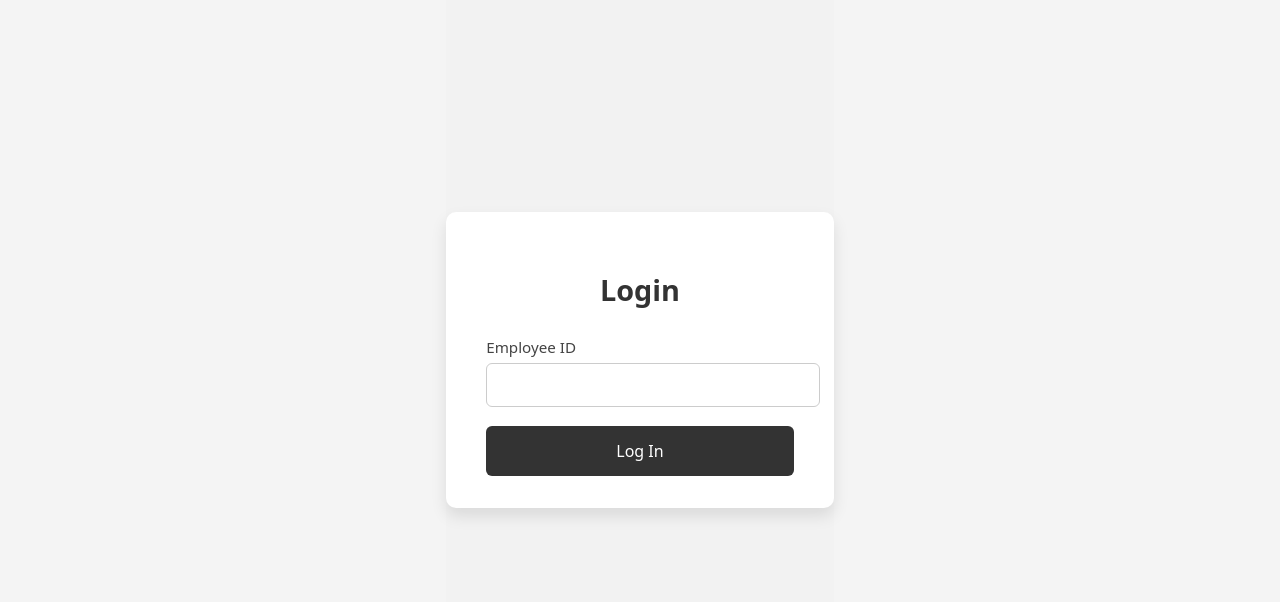
Repository: iEstebanx/quscina
Page: /
These files come from the project's save history. The page is drawn as it stood at one moment and after the next save; the edit follows.
The browser window is 1280 px wide. The pictures show the whole page.
The project was rebuilt for these pictures with package versions that can differ from the ones it lists, and the page was loaded fresh each time. Also part of the build but not shown: vite.config.js, src/components/Header/Header.module.css, src/components/Header/Header.jsx, src/components/Cart/Cart.module.css, src/components/Cart/Cart.jsx, src/layouts/MainLayout.module.css, src/layouts/MainLayout.jsx, src/components/Guards/RequireShift.jsx and 11 more.

Above is the page before, as saved 2025-07-19 23:20:33.

### src/index.css
:root {
  font-family: system-ui, Avenir, Helvetica, Arial, sans-serif;
  line-height: 1.5;
  font-weight: 400;

  color-scheme: light dark;
  color: rgba(255, 255, 255, 0.87);
  background-color: #242424;

  font-synthesis: none;
  text-rendering: optimizeLegibility;
  -webkit-font-smoothing: antialiased;
  -moz-osx-font-smoothing: grayscale;
}

a {
  color: inherit;
  text-decoration: none;
}
a:hover {
  color: #535bf2;
}

body {
  margin: 0;
  padding: 0;
  box-sizing: border-box;
  min-width: 320px;
  min-height: 100vh;
}

ul {
  list-style: none;
  margin: 0;
  padding: 0;
}

/* Button styling override */
button {
  border-radius: 8px;
  border: 1px solid transparent;
  padding: 0.6em 1.2em;
  font-size: 1em;
  font-weight: 500;
  font-family: inherit;
  background-color: #1a1a1a;
  cursor: pointer;
  transition: border-color 0.25s;
}
button:hover {
  border-color: #646cff;
}
button:focus,
button:focus-visible {
  outline: 4px auto -webkit-focus-ring-color;
}

/* .menu-layout {
  display: flex;
  height: 100vh;
  overflow: hidden;
}

.menu-layout > * {
  height: 100%;
}

.sidebar-categories {
  width: 180px;
  background-color: #4b2a1a;
  color: white;
  flex-shrink: 0;
}

.cart {
  width: 280px;
  background-color: #6b3b1f;
  color: white;
  flex-shrink: 0;
}

.food-grid {
  flex-grow: 1;
  background: white;
  padding: 1rem;
  display: grid;
  grid-template-columns: repeat(auto-fill, minmax(150px, 1fr));
  gap: 1rem;
  overflow-y: auto;
} */


@media (prefers-color-scheme: light) {
  :root {
    color: #213547;
    background-color: #ffffff;
  }

  a:hover {
    color: #747bff;
  }

  button {
    background-color: #f9f9f9;
  }
}

### src/App.jsx
import { BrowserRouter } from 'react-router-dom';
import AppRoutes from './routes/AppRoutes';
import { AuthProvider } from './context/AuthContext';
import { ShiftProvider } from './context/ShiftContext';
import { CartProvider } from './context/CartContext';

function App() {
  return (
    <BrowserRouter>
      <AuthProvider>
        <ShiftProvider>
          <CartProvider>
            <AppRoutes />
          </CartProvider>
        </ShiftProvider>
      </AuthProvider>
    </BrowserRouter>
  );
}

export default App;

### src/routes/AppRoutes.jsx
import { Routes, Route } from 'react-router-dom';
import MainLayout from '../layouts/MainLayout';
import EmptyLayout from '../layouts/EmptyLayout';

import LoginPage from '../pages/Login/LoginPage';
import RequireShift from '../components/guards/RequireShift';
import MenuPage from '../pages/Menu/MenuPage';
import ReceiptsPage from '../pages/Receipts/ReceiptsPage';
import ShiftPage from '../pages/Shift/ShiftPage';
import ShiftHistoryPage from '../pages/Shift/ShiftHistoryPage'; // ✅ Add this line
import RefundPage from '../pages/Refund/RefundPage';
import NotFound from '../pages/NotFound';

const AppRoutes = () => {
  return (
    <Routes>
      {/* Public */}
      <Route element={<EmptyLayout />}>
        <Route path="/" element={<LoginPage />} />
      </Route>

      <Route element={<MainLayout />}>
        <Route path="/shift" element={<ShiftPage />} />
        <Route path="/shift/history" element={<ShiftHistoryPage />} />

        {/* Only allow access to MenuPage if shift is open */}
        <Route
          path="/menu"
          element={
            <RequireShift>
              <MenuPage />
            </RequireShift>
          }
        />

        <Route path="/receipts" element={<ReceiptsPage />} />
        <Route path="/refund" element={<RefundPage />} />
      </Route>

      {/* Fallback */}
      <Route path="*" element={<NotFound />} />
    </Routes>
  );
};

export default AppRoutes;

### src/context/AuthContext.jsx
import { createContext, useContext, useState } from 'react';

const AuthContext = createContext();

export function AuthProvider({ children }) {
  const [user, setUser] = useState(null);

  const login = (userData) => setUser(userData);
  const logout = () => setUser(null);

  return (
    <AuthContext.Provider value={{ user, login, logout, isLoggedIn: !!user }}>
      {children}
    </AuthContext.Provider>
  );
}

export function useAuth() {
  return useContext(AuthContext);
}

### src/context/ShiftContext.jsx
import { createContext, useContext, useState } from 'react';

export const ShiftContext = createContext();

export function ShiftProvider({ children }) {
  const [shift, setShift] = useState({
    isOpen: false,
    startAmount: 0,
  });

  const openShift = (amount) => setShift({ isOpen: true, startAmount: amount });
  const closeShift = () => setShift({ isOpen: false, startAmount: 0 });

  return (
    <ShiftContext.Provider value={{ shift, openShift, closeShift }}>
      {children}
    </ShiftContext.Provider>
  );
}

export function useShift() {
  return useContext(ShiftContext);
}

### src/context/CartContext.jsx
import { createContext, useContext, useState } from 'react';

const CartContext = createContext();

export function CartProvider({ children }) {
  const [items, setItems] = useState([]);

  const addItem = (item) => {
    setItems((prev) => {
      const exists = prev.find((i) => i.id === item.id);
      if (exists) {
        return prev.map((i) =>
          i.id === item.id ? { ...i, quantity: i.quantity + 1 } : i
        );
      }
      return [...prev, { ...item, quantity: 1 }];
    });
  };

  const removeItem = (id) => {
    setItems((prev) => prev.filter((i) => i.id !== id));
  };

  const clearCart = () => setItems([]);

  const total = items.reduce((acc, item) => acc + item.price * item.quantity, 0);

  return (
    <CartContext.Provider value={{ items, addItem, removeItem, clearCart, total }}>
      {children}
    </CartContext.Provider>
  );
}

export function useCart() {
  return useContext(CartContext);
}

### src/layouts/EmptyLayout.jsx
import { Outlet } from 'react-router-dom';
import styles from './EmptyLayout.module.css';

const EmptyLayout = () => {
  return (
    <div className={styles.emptyLayout}>
      <Outlet />
    </div>
  );
};

export default EmptyLayout;

### src/pages/Login/LoginPage.jsx
// import { useState } from 'react';
// import { useNavigate } from 'react-router-dom';
// import styles from './Login.module.css';

// const LoginPage = () => {
//   const [employeeID, setEmployeeID] = useState('');
//   const [password, setPassword] = useState('');
//   const navigate = useNavigate();

//   const handleLogin = (e) => {
//     e.preventDefault();
//     console.log('Logging in with:', { employeeID, password });

//     // You can add actual login logic here later
//     navigate('/menu');
//   };

//   return (
//     <div className={styles.loginWrapper}>
//       <form className={styles.loginForm} onSubmit={handleLogin}>
//         <h2 className={styles.title}>Login</h2>

//         <label className={styles.label}>Employee ID</label>
//         <input
//           type="text"
//           className={styles.input}
//           value={employeeID}
//           onChange={(e) => setEmployeeID(e.target.value)}
//           required
//         />

//         <button type="submit" className={styles.button}>
//           Log In
//         </button>
//       </form>
//     </div>
//   );
// };

// export default LoginPage;

import { useState } from 'react';
import { useNavigate } from 'react-router-dom';
import styles from './Login.module.css';

const LoginPage = () => {
  const [employeeID, setEmployeeID] = useState('');
  const [password, setPassword] = useState('');
  const navigate = useNavigate();

  const handleLogin = (e) => {
    e.preventDefault();
    console.log('Logging in with:', { employeeID, password });

    // You can add actual login logic here later
    navigate('/menu');
  };

  return (
    <div className={styles.loginWrapper}>
      <form className={styles.loginForm} onSubmit={handleLogin}>
        <h2 className={styles.title}>Login</h2>

        <label className={styles.label}>Employee ID</label>
        <input
          type="text"
          className={styles.input}
          value={employeeID}
          onChange={(e) => setEmployeeID(e.target.value)}
          required
        />

        <button type="submit" className={styles.button}>
          Log In
        </button>
      </form>
    </div>
  );
};

export default LoginPage;

### src/layouts/EmptyLayout.module.css
.emptyLayout {
  display: flex;
  justify-content: center;
  align-items: center;
  height: 100vh;
  background-color: #f4f4f4; /* Or dark, depending on your theme */
}

### src/pages/Login/Login.module.css
.loginWrapper {
  display: flex;
  justify-content: center;
  align-items: center;
  height: 100vh;
  background: #f2f2f2;
}

.loginForm {
  background: white;
  padding: 2rem 2.5rem;
  border-radius: 10px;
  box-shadow: 0 8px 16px rgba(0, 0, 0, 0.1);
  width: 100%;
  max-width: 380px;
}

.title {
  font-size: 1.8rem;
  font-weight: bold;
  margin-bottom: 1.5rem;
  text-align: center;
  color: #333;
}

.label {
  display: block;
  font-size: 0.95rem;
  margin-bottom: 0.3rem;
  color: #444;
}

.input {
  width: 100%;
  padding: 0.75rem;
  margin-bottom: 1.2rem;
  border: 1px solid #ccc;
  border-radius: 6px;
  font-size: 1rem;
  transition: border 0.2s ease;
}

.input:focus {
  border-color: #666;
  outline: none;
}

.button {
  width: 100%;
  padding: 0.85rem;
  background: #333;
  color: white;
  font-size: 1rem;
  border: none;
  border-radius: 6px;
  cursor: pointer;
  transition: background 0.3s ease;
}

.button:hover {
  background: #555;
}

Loaded but not shown: index.html (common file); src/main.jsx (common file)

After the next save:
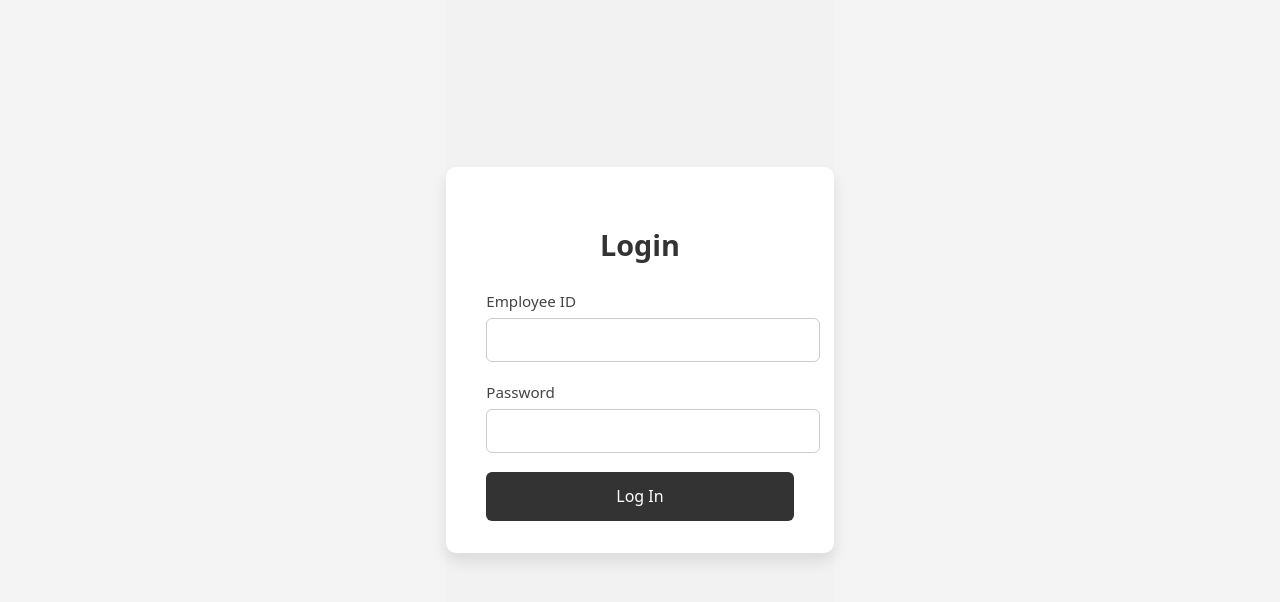
Saved 7 s later.
--- a/src/pages/Login/LoginPage.jsx
+++ b/src/pages/Login/LoginPage.jsx
@@ -1,44 +1,3 @@
-// import { useState } from 'react';
-// import { useNavigate } from 'react-router-dom';
-// import styles from './Login.module.css';
-
-// const LoginPage = () => {
-//   const [employeeID, setEmployeeID] = useState('');
-//   const [password, setPassword] = useState('');
-//   const navigate = useNavigate();
-
-//   const handleLogin = (e) => {
-//     e.preventDefault();
-//     console.log('Logging in with:', { employeeID, password });
-
-//     // You can add actual login logic here later
-//     navigate('/menu');
-//   };
-
-//   return (
-//     <div className={styles.loginWrapper}>
-//       <form className={styles.loginForm} onSubmit={handleLogin}>
-//         <h2 className={styles.title}>Login</h2>
-
-//         <label className={styles.label}>Employee ID</label>
-//         <input
-//           type="text"
-//           className={styles.input}
-//           value={employeeID}
-//           onChange={(e) => setEmployeeID(e.target.value)}
-//           required
-//         />
-
-//         <button type="submit" className={styles.button}>
-//           Log In
-//         </button>
-//       </form>
-//     </div>
-//   );
-// };
-
-// export default LoginPage;
-
 import { useState } from 'react';
 import { useNavigate } from 'react-router-dom';
 import styles from './Login.module.css';
@@ -70,6 +29,15 @@ const LoginPage = () => {
           required
         />
 
+        <label className={styles.label}>Password</label>
+        <input
+          type="password"
+          className={styles.input}
+          value={password}
+          onChange={(e) => setPassword(e.target.value)}
+          required
+        />
+
         <button type="submit" className={styles.button}>
           Log In
         </button>
